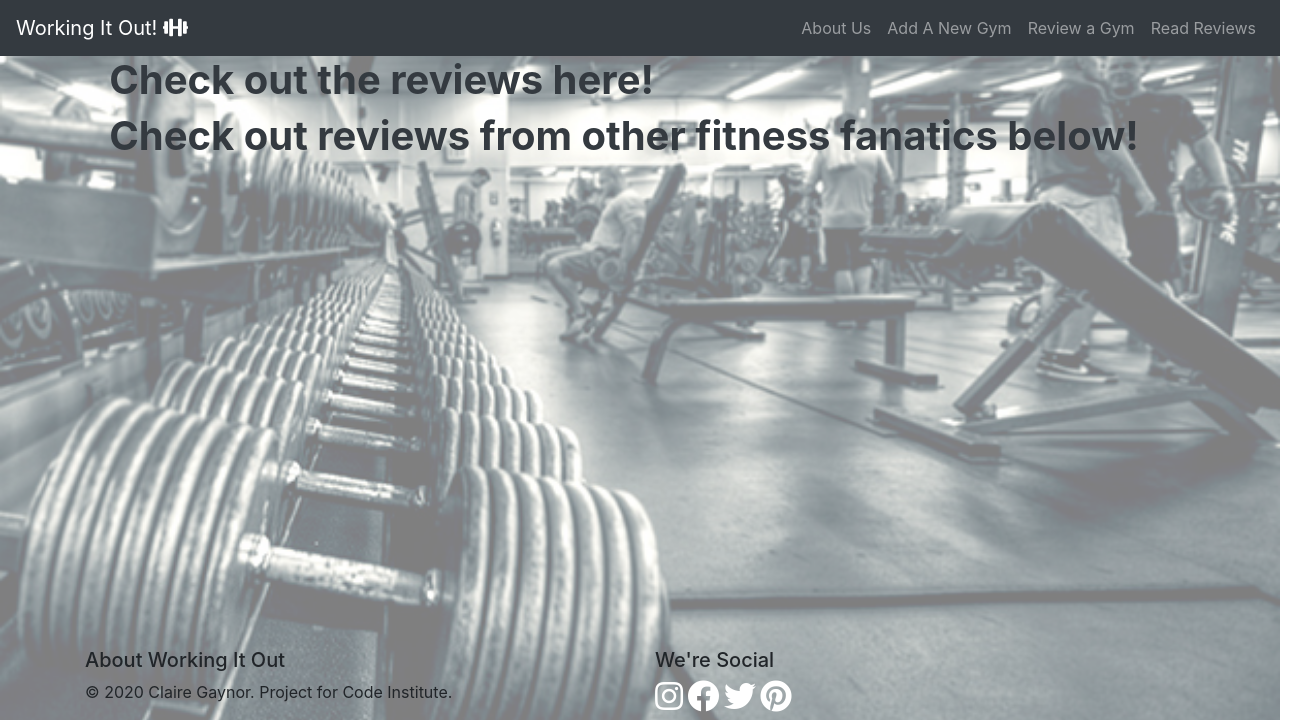
Repository: cgaynor91/Working_It_Out
Page: http://localhost/read_review
The author's editor kept a record of every edit. The page is drawn from the files as they stood at one moment, then again after the next edit.
The browser window is 1280 px wide. The page is 1295 px wide, so the pictures cover 1295 px, including what lies to the right of the window. The pictures show the whole page.
Some web libraries are served in a nearby version. The page is served by the project's application, run on Flask 3 (app.py). Queries for data that is not in the repository find no rows.

Above is the page before.

### templates/read_reviews.html
{% extends 'base.html' %}
{% block content %}

<div class="container-fluid-review">
 <div class="row justify-content-center">
        <div class="col-10 text-dark welcome-text">
            <h1><strong>Check out the reviews here!</strong></h1>
        </div>
        <div class="col-10 text-dark welcome-text">
            <h1><strong>Check out reviews from other fitness fanatics below!</strong></h1>
        </div>
    </div>

            {% for review in reviews %}
            <div class="row-review justify-content-center">
                <div class="col-12 text-dark">
                    <ul class="list-unstyled">
                        <li class="media">
                            <img src="{{ url_for('static', filename='images/user.png') }}" class="mr-3" alt="User">
                            <div class="media-body">
                                <h6><strong></strong>Gym Reviewed: {{review.gym_name}}</strong></h5>
                                <span>Date of Review: {{review.date_of_review}} </span>
                                <p>Review by: {{review.review_by}} </p>
                                <p>{{review.review}}</p>
                            </div>
                        </li>
                </div>
            </div>
            {% endfor %}
</div>

{% endblock %}

### templates/base.html
<!DOCTYPE html>
<html>

<head>
    <link href="https://fonts.googleapis.com/css?family=Rubik&display=swap" rel="stylesheet">
    <link rel="stylesheet" href="https://stackpath.bootstrapcdn.com/bootstrap/4.4.1/css/bootstrap.min.css">
    <link rel="stylesheet" href="https://cdnjs.cloudflare.com/ajax/libs/font-awesome/5.12.0/css/all.min.css" />
    <link rel="stylesheet" href="{{ url_for('static', filename='css/style.css') }}" type="text/css" />
    <title>Working It Out!</title>
</head>

<body>
    <header>
        <!-- Navbar taken from Bootstrap -->
        <nav class="navbar navbar-expand-md navbar-dark bg-dark home-text">
            <a class="navbar-brand" href="{{url_for('get_gyms')}}">Working It Out! <i
                    class="fas fa-dumbbell"></i></a>
            <button class="navbar-toggler" type="button" data-toggle="collapse" data-target="#navbarNavAltMarkup" aria-controls="navbarNavAltMarkup" aria-expanded="false" aria-label="Toggle navigation">
                <span class="navbar-toggler-icon"></span>
            </button>
            <div class="collapse navbar-collapse" id="navbarNavAltMarkup">
                <div class="navbar-nav ml-auto">
                    <a class="nav-item nav-link" href="{{url_for('about')}}">About Us</a>
                    <a class="nav-item nav-link" href="{{url_for('add_new_gym')}}">Add A New Gym</a>
                    <a class="nav-item nav-link" href="{{url_for('gym_review')}}">Review a Gym</a>
                    <a class="nav-item nav-link" href="{{url_for('read_review')}}">Read Reviews</a>


                </div>
            </div>

        </nav>
    </header>

    <!-- Background image -->
    <div class="container-fluid bg"></div>


    {% block content %} {% endblock %}

    <!--Footer-->
    <footer class="fixed-bottom">
        <div class="container">
            <div class="row">
                <div class="col l6 s12">
                    <h5>About Working It Out</h5>
                    <p> © 2020 Claire Gaynor. Project for Code Institute.</p>
                </div>
                <div class="col l4 offset-l2 s12">
                    <h5>We're Social</h5>
                    <a href="https://www.instagram.com/" target="_blank"><i class="fab fa-instagram fa-2x" style="color:white"></i></a>
                    <a href="https://www.facebook.com/" target="_blank"><i class="fab fa-facebook fa-2x" style="color:white"></i></a>
                    <a href="https://www.twitter.com/" target="_blank"><i class="fab fa-twitter fa-2x" style="color:white"></i>
                    <a href="https://www.pinterest.com/" target="_blank"><i class="fab fa-pinterest fa-2x" style="color:white"></i></a>
                </div>
            </div>
        </div>
    </footer>



    <script src="https://code.jquery.com/jquery-3.4.1.slim.min.js"></script>
    <script src="https://cdn.jsdelivr.net/npm/popper.js@1.16.0/dist/umd/popper.min.js"></script>
    <script src="https://stackpath.bootstrapcdn.com/bootstrap/4.4.1/js/bootstrap.min.js"></script>
</body>

</html>

### app.py
import os
from flask import Flask, render_template, redirect, request, url_for
from flask_pymongo import PyMongo
from bson.objectid import ObjectId

app = Flask(__name__)
app.config["MONGO_DBNAME"] = 'working_it_out'
app.config["MONGO_URI"] = os.getenv('MONGO_URI')

mongo = PyMongo(app)


@app.route('/')
@app.route('/get_gyms')
def get_gyms():
    return render_template("home.html", gyms=mongo.db.gyms.find())

@app.route("/about")
def about():
    return render_template("about.html")


@app.route("/add_new_gym")
def add_new_gym():
    return render_template("add_gym.html")

# Sends the data that the user inserts to the database

@app.route("/insert_gym", methods=['POST'])
def insert_gym():
    gym = mongo.db.gyms
    gym.insert_one({
        'gym_name': request.form.get('gym_name'),
        'gym_type': request.form.get('gym_type'),
        'gym_address':request.form.get('gym_address'),
        'cost':request.form.get('cost'),
        'gym_url':request.form.get('gym_url'),
        })
    return redirect(url_for('get_gyms'))


# Allows user to update information about a gym

@app.route("/edit_gym/<gym_id>")
def edit_gym(gym_id):
    the_gym = mongo.db.gyms.find_one({"_id": ObjectId(gym_id)})
    return render_template("update_gym.html", gym=the_gym)

@app.route("/update_gym/<gym_id>", methods=["POST"])
def update_gym(gym_id):
    gym = mongo.db.gyms
    gym.update({'_id': ObjectId(gym_id)}, {
        'gym_name' : request.form.get('gym_name'),
        'status' : request.form.get('gym_type'),
        'address' : request.form.get('gym_address'),
        'cost' : request.form.get('cost'),
        'gym_url' : request.form.get('gym_url')
    })
    return redirect(url_for('get_gyms'))

# Delete option for a user if they wish to delete a review they wrote or delete a review written by someone else that may be incorrect

@app.route("/delete_gym/<gym_id>")
def delete_gym(gym_id):
    mongo.db.gyms.remove({'_id': ObjectId(gym_id)})
    return redirect(url_for('get_gyms'))

@app.route("/leave_review")
def gym_review():
    return render_template("gym_review.html", gyms=mongo.db.gyms.find())

# Sends the data that the user inserts to the database

@app.route("/gym_review", methods=['POST'])
def insert_review():
    review = mongo.db.reviews
    review.insert_one(request.form.to_dict())
    return redirect(url_for('gym_review'))


@app.route("/read_review")
def read_review():
    return render_template("read_reviews.html", reviews=mongo.db.reviews.find())

if __name__ == '__main__':
    app.run(host=os.environ.get('IP'),
            port=int(os.environ.get('PORT')),
            debug=True)

### static/css/style.css
.body {
    min-height: 100%;
}

.container-fluid {
    text-align: center;
}


.container-fluid_reviews {
    text-align: left;
}

.display-3 {
    font-size: 6rem;
    font-weight: 300;
    line-height: 1.2;
    margin-bottom: 5rem;
}

hr {
    border: 1px solid grey;
}

.welcome-para {
    margin-top: 0px;
    margin-bottom: 3rem;
}

.col-12 {
    -ms-flex: 0 0 100%;
    flex: 0 0 100%;
    max-width: 100%;
}

.bg {
    background-image: url(../images/bg-image.png);
    background-size: cover;
    height: 100%;
    overflow: hidden;
    position: fixed;
    width: 100%;
    opacity: 0.5;
    z-index: -1;
}

.jumbotron {
    background-color: transparent;
    margin-bottom: 0px;
}

.jumbo-text {
    color: #000;
    font-weight: bolder;
}

.btn-home {
    font-weight: bold;
    min-width: 250px;
}

.table td,
.table th {
    padding: .75rem;
    vertical-align: top;
    border-top: 1px solid #dee2e6;
    font-weight: bolder;
}




.page-footer {
    background-color: #343a40;
    color: #fff;
}


/*

After the next edit:
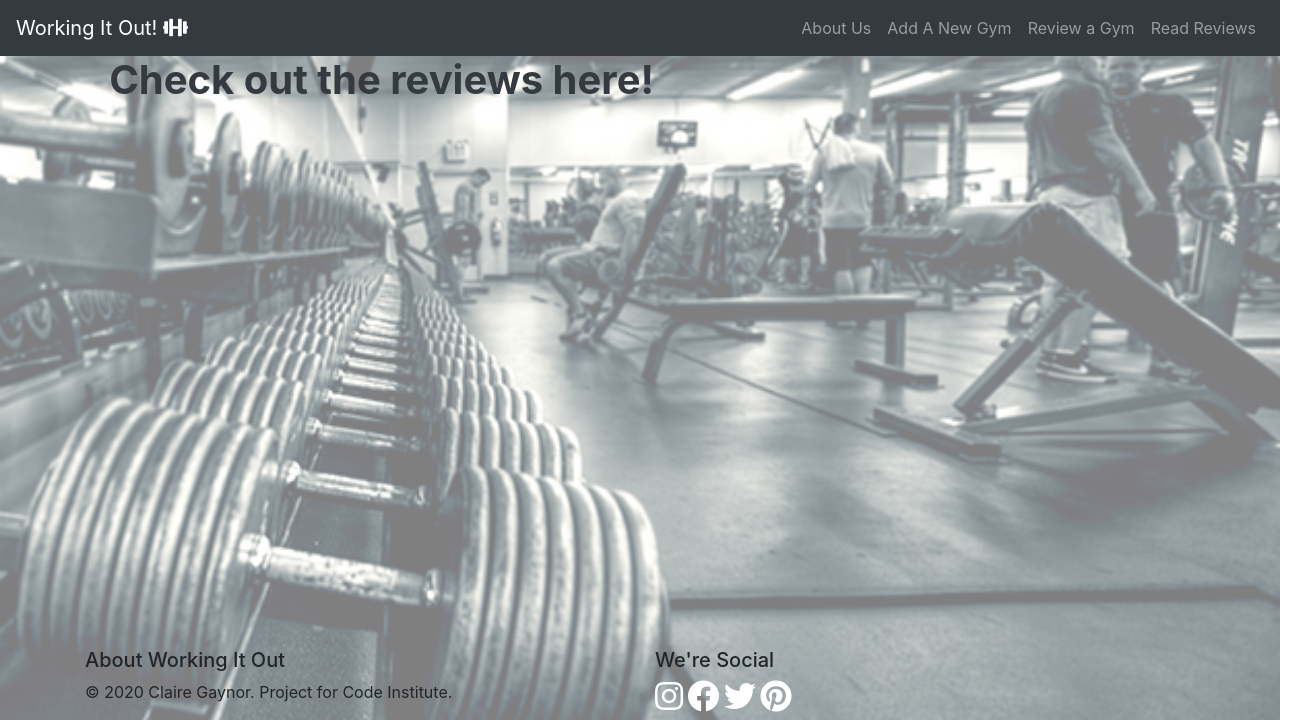
The edit:
--- a/templates/read_reviews.html
+++ b/templates/read_reviews.html
@@ -6,9 +6,7 @@
         <div class="col-10 text-dark welcome-text">
             <h1><strong>Check out the reviews here!</strong></h1>
         </div>
-        <div class="col-10 text-dark welcome-text">
-            <h1><strong>Check out reviews from other fitness fanatics below!</strong></h1>
-        </div>
+
     </div>
 
             {% for review in reviews %}
